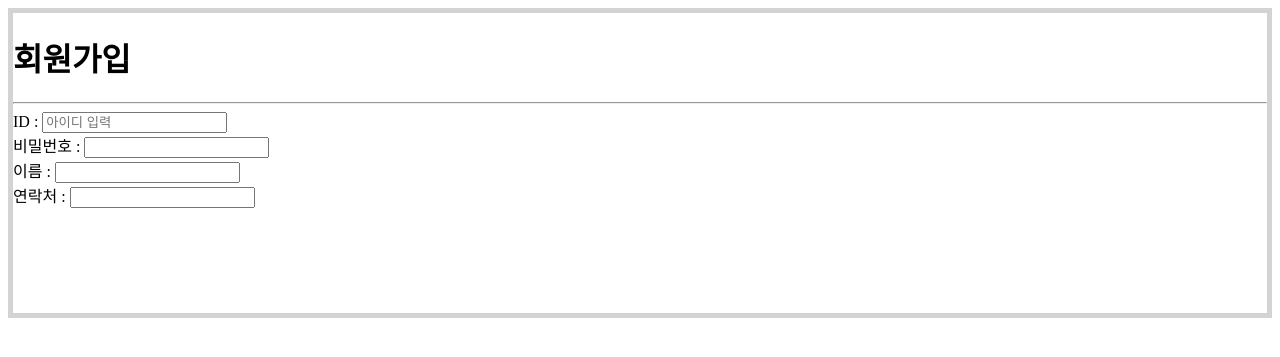
Repository: dychung1021/newrepository
Page: http://localhost/JSP05/
An editor plug-in stored every save of this project. The page is shown before and after the next save, followed by the edit.
The browser window is 1280 px wide. The pictures show the whole page.
The page is served by Tomcat 9.

Above is the page before, as saved 2024-05-10 02:42:38.

### JSP/JSP05/src/main/webapp/index.jsp
<%@ page language="java" contentType="text/html; charset=utf-8"
    pageEncoding="utf-8"%>
<!DOCTYPE html>
<html>
	<head>
		<meta charset="utf-8">
		<title>간단한 회원가입</title>
		<style>
			#wrap{
				width:300 px;
				border:5px solid lightgray;
				height : 300px;
				margin : 0 auto;

				}
		</style>
	</head>
	<body>
		<div id="wrap">
			<form method="get" action="">
				<h1> 회원가입 </h1>
				<hr>
				ID : <input type="text" name="id" placeholder="아이디 입력"><br>
				비밀번호 : <input type="password" name="pw"><br>
				이름 : <input type="text" name="nm"><br>
				연락처 : <input type="text" name="phone"><br>

			</form>

		</div>
	</body>
</html>

After the next save:
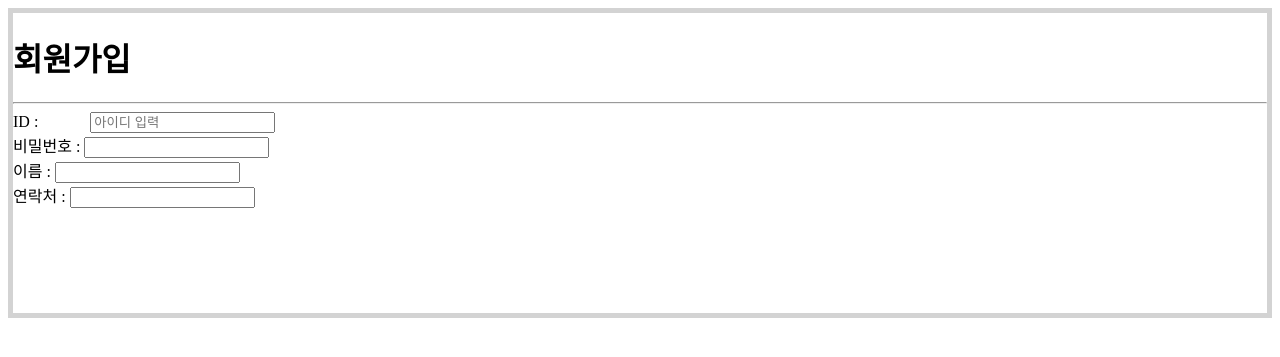
Saved 4 min 11 s later.
--- a/JSP/JSP05/src/main/webapp/index.jsp
+++ b/JSP/JSP05/src/main/webapp/index.jsp
@@ -12,6 +12,9 @@
 				height : 300px;
 				margin : 0 auto;
 
+				}
+				input[name="id"]{
+					margin-left:48px;
 				}
 		</style>
 	</head>
